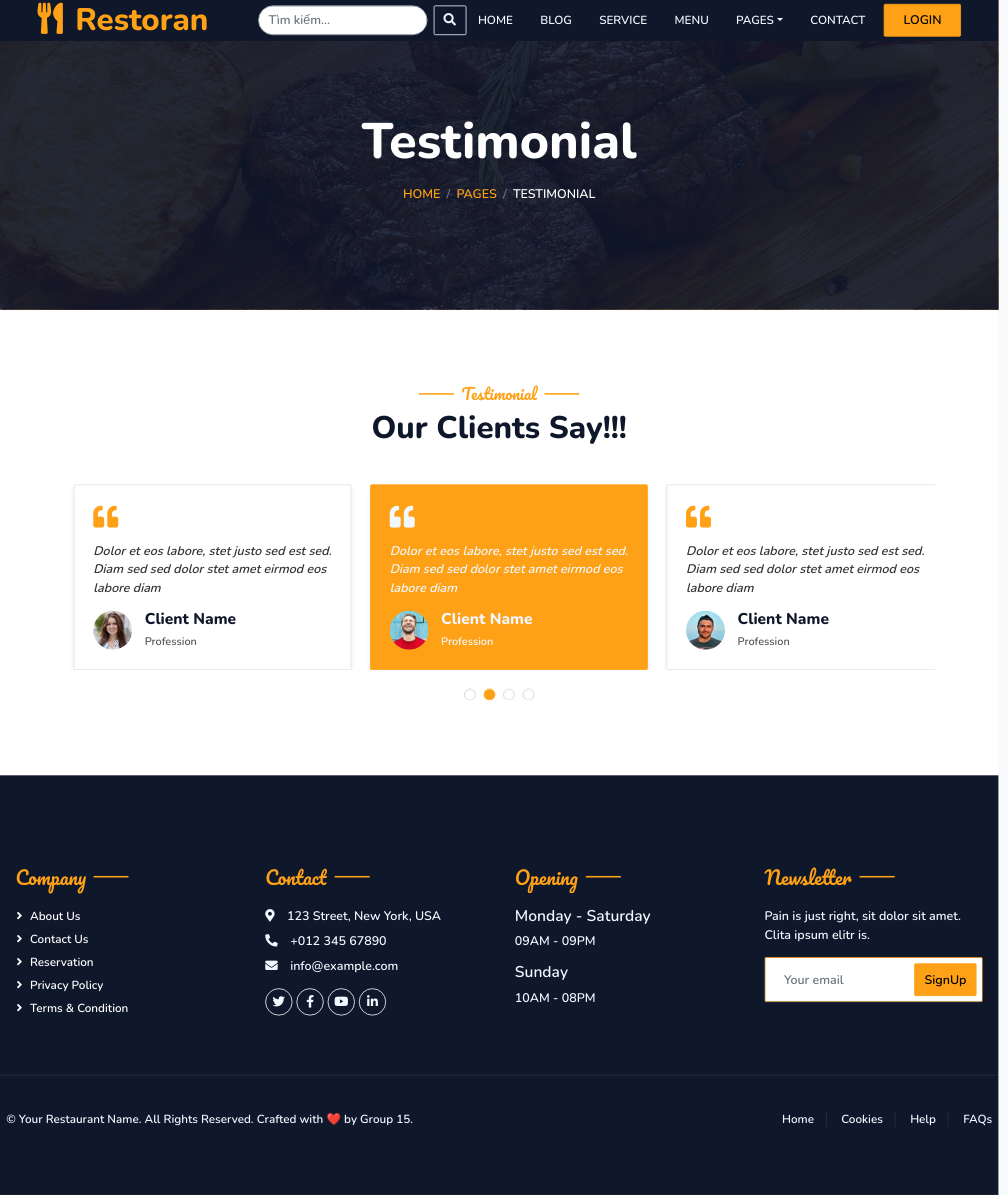
Repository: HoangKhangKhuPho4/Project_Web
Page: testimonial.html
An editor plug-in stored every save of this project. The page is shown before and after the next save, followed by the edit.
The browser window is 1280 px wide. The page is 1292 px wide, so the pictures cover 1292 px, including what lies to the right of the window. The pictures show the whole page, at 78% of full size.
Some web libraries are served in a nearby version.

Above is the page before, as saved 2025-01-02 20:33:52.

After the next save:
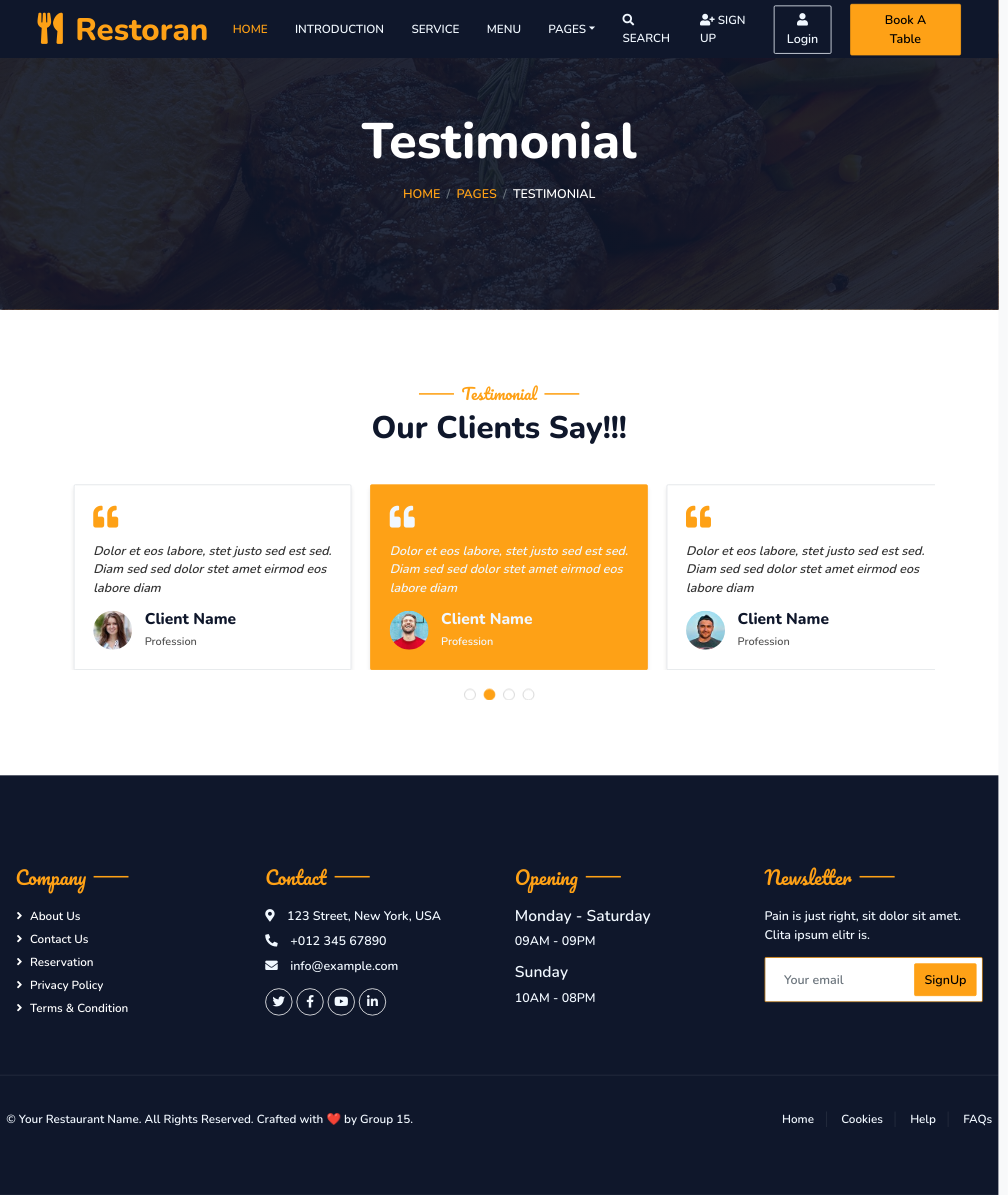
Saved 21 s later.
--- a/testimonial.html
+++ b/testimonial.html
@@ -62,9 +62,7 @@
 
       <!-- Navbar & Hero Start -->
       <div class="container-xxl position-relative p-0">
-        <nav
-          class="navbar navbar-expand-lg navbar-dark bg-dark px-4 px-lg-5 py-3 py-lg-0"
-        >
+        <nav class="navbar navbar-expand-lg navbar-dark bg-dark px-4 px-lg-5 py-3 py-lg-0">
           <div class="d-flex align-items-center">
             <a href="#" class="navbar-brand p-0">
               <h1 class="text-primary m-0">
@@ -72,19 +70,6 @@
               </h1>
               <!-- <img src="img/logo.png" alt="Logo"> -->
             </a>
-
-            <!-- Thêm khoảng cách bằng cách sử dụng lớp ms-4 -->
-            <form class="d-none d-lg-flex ms-5" role="search">
-              <input
-                class="form-control me-2"
-                type="search"
-                placeholder="Tìm kiếm..."
-                aria-label="Search"
-              />
-              <button class="btn btn-outline-light" type="submit">
-                <i class="fa fa-search"></i>
-              </button>
-            </form>
           </div>
 
           <button
@@ -101,30 +86,35 @@
 
           <div class="collapse navbar-collapse" id="navbarCollapse">
             <div class="navbar-nav ms-auto py-0 pe-4">
-              <a href="index.html" class="nav-item nav-link">Home</a>
-              <a href="blog.html" class="nav-item nav-link">Blog</a>
+              <a href="index.html" class="nav-item nav-link active">Home</a>
+              <a href="introduction.html" class="nav-item nav-link">Introduction</a>
+              <!-- Removed Blog Link -->
               <a href="service.html" class="nav-item nav-link">Service</a>
               <a href="menu.html" class="nav-item nav-link">Menu</a>
               <div class="nav-item dropdown">
-                <a
-                  href="#"
-                  class="nav-link dropdown-toggle"
-                  data-bs-toggle="dropdown"
-                  >Pages</a
-                >
+                <a href="#" class="nav-link dropdown-toggle" data-bs-toggle="dropdown">Pages</a>
                 <div class="dropdown-menu m-0">
                   <a href="booking.html" class="dropdown-item">Booking</a>
                   <a href="team.html" class="dropdown-item">Our Team</a>
-                  <a href="testimonial.html" class="dropdown-item active"
-                    >Testimonial</a
-                  >
-                </div>
-              </div>
-              <a href="contact.html" class="nav-item nav-link">Contact</a>
-            </div>
-            <a href="#reservationSection" class="btn btn-primary py-2 px-4"
-              >LOGIN</a
-            >
+                  <a href="testimonial.html" class="dropdown-item">Testimonial</a>
+                  <!-- Added Blog and Contact -->
+                  <a href="blog.html" class="dropdown-item">Blog</a>
+                  <a href="contact.html" class="dropdown-item">Contact</a>
+                </div>
+              </div>
+              <!-- Removed Contact Link -->
+              <a href="search.html" class="nav-item nav-link">
+                <i class="fa fa-search"></i> Search
+              </a>
+              <a href="register.html" class="nav-item nav-link">
+                <i class="fa fa-user-plus"></i> Sign up
+              </a>
+              <a href="login.html" class="btn btn-outline-light ms-2">
+                <i class="fa fa-user"></i> Login
+              </a>
+            </div>
+
+            <a href="booking.html" class="btn btn-primary py-2 px-4">Book A Table</a>
           </div>
         </nav>
 
